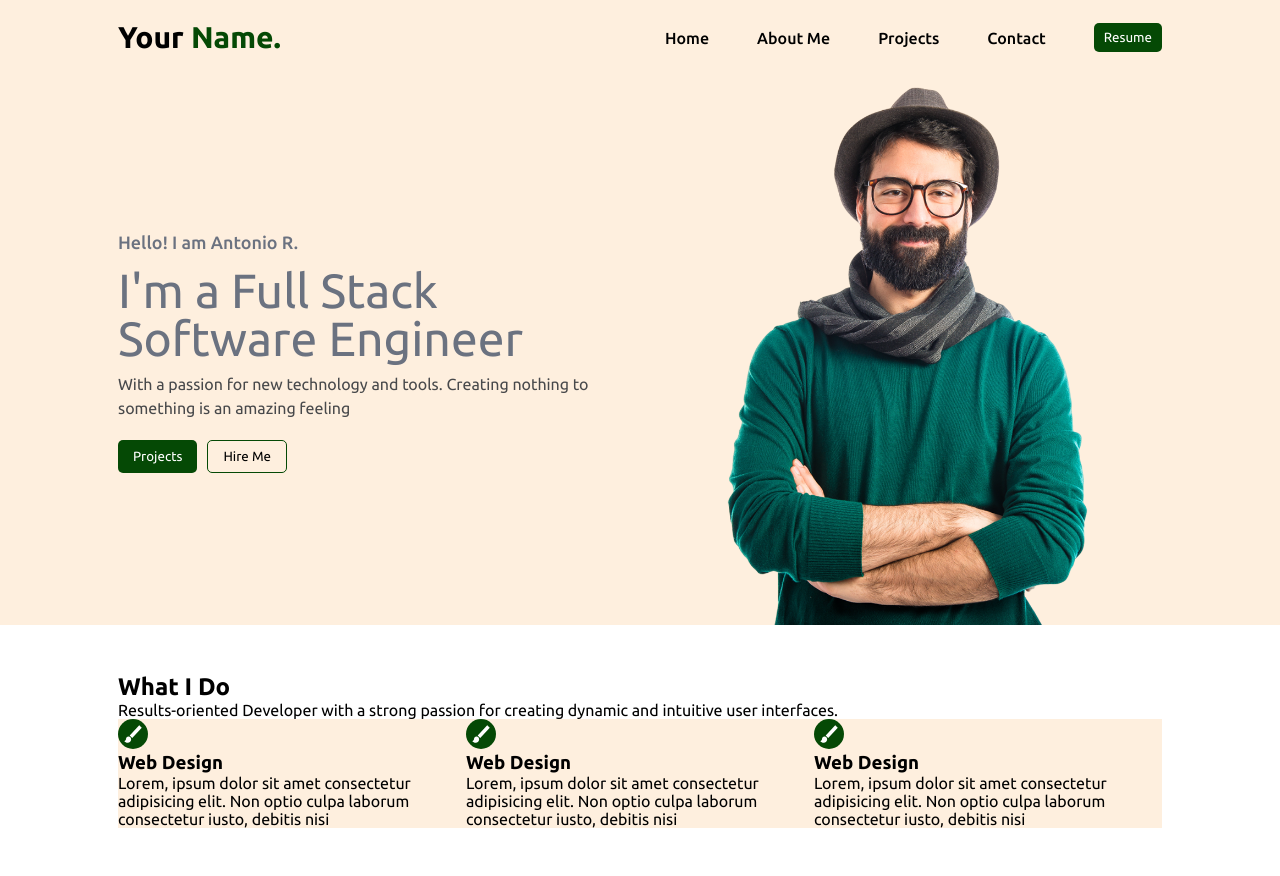
Repository: DevAntonioRogers/vanilla-portfolio
Page: index.html
An editor plug-in stored every save of this project. The page is shown before and after the next save, followed by the edit.
The browser window is 1280 px wide. The pictures show the whole page.

Above is the page before, as saved 2023-07-14 22:50:07.

After the next save:
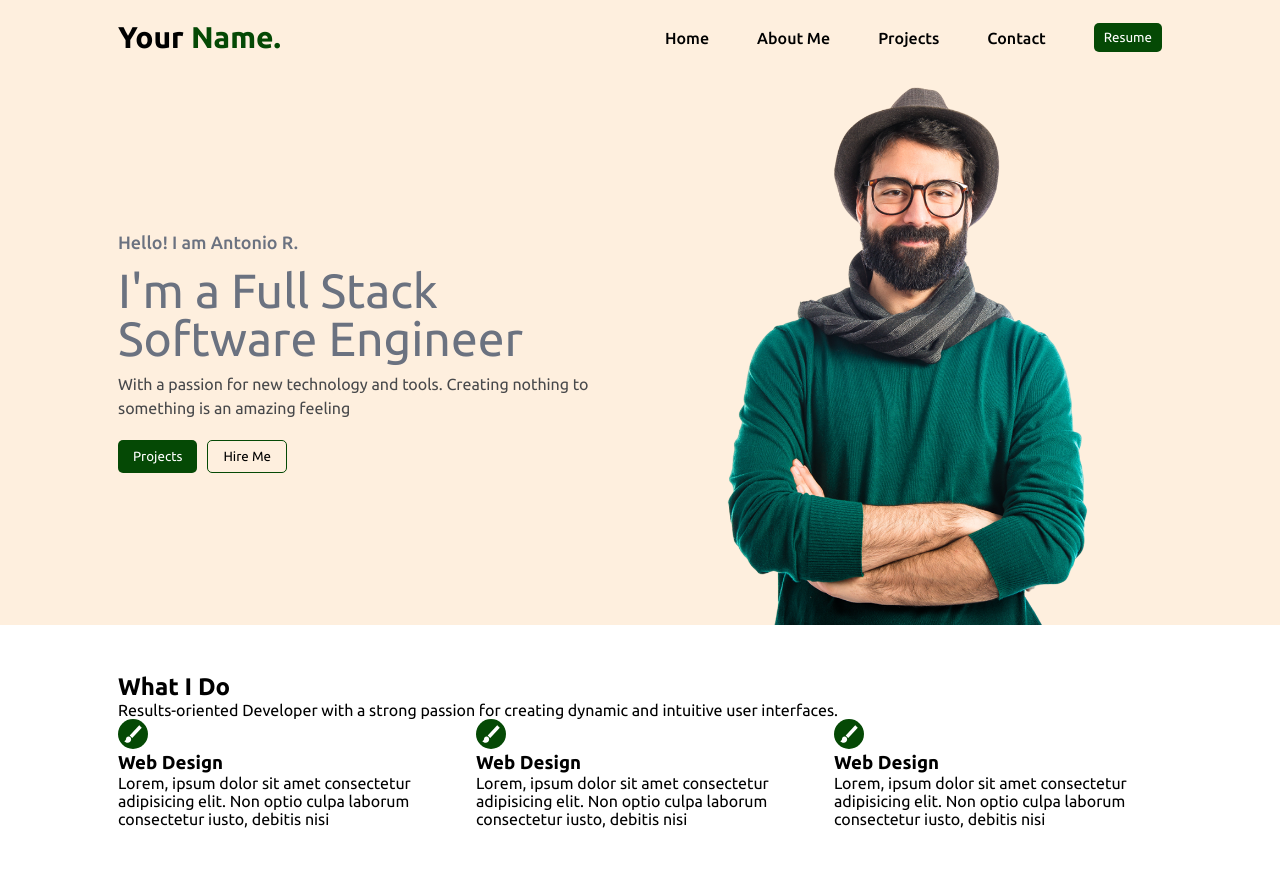
Saved 24 s later.
--- a/style.css
+++ b/style.css
@@ -146,8 +146,8 @@ nav {
 .skills-boxes {
   display: grid;
   grid-template-columns: repeat(3, minmax(0, 1fr));
+  gap: 30px;
 }
 
 .skill-box {
-  background-color: #feefde;
 }
